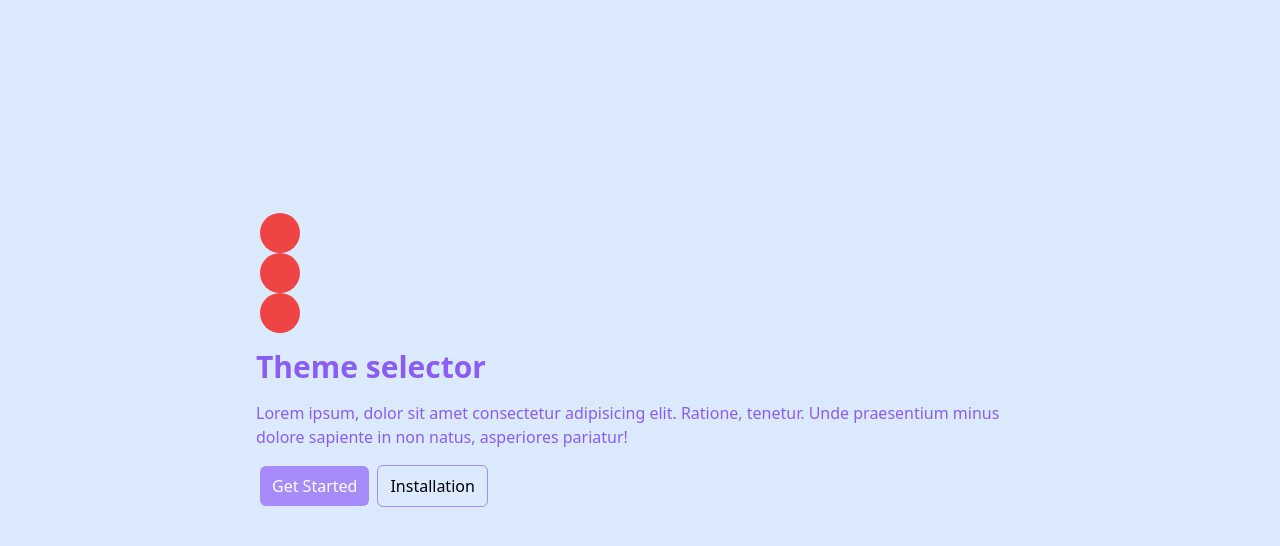
Repository: prince-bansal/tailwind-theme-switcher
Page: /
These files come from the project's save history. The page is drawn as it stood at one moment and after a run of saves; the edit follows.
The browser window is 1280 px wide. The pictures show the whole page.
The project was rebuilt for these pictures with package versions that can differ from the ones it lists, and the page was loaded fresh each time. Also part of the build but not shown: vite.config.ts, src/index.css.

Above is the page before, as saved 2024-03-17 19:33:53.

### src/App.tsx
import './App.css'

function App() {

  return (
    <div className=" bg-fill min-h-screen flex items-center justify-center">
      <div className="w-[60%] m-auto">
     <div>
     {["bg-red-500", "bg-blue-500", "bg-green-500"].map((color) => (
        <div className={`h-10 rounded-full w-10 bg-red-500 ${color} mx-1`}></div>
      ))}
     </div>
        <h1 className="text-3xl text-heading my-4 font-bold">Theme selector</h1>
        <p className="text-heading">
          Lorem ipsum, dolor sit amet consectetur adipisicing elit. Ratione,
          tenetur. Unde praesentium minus dolore sapiente in non natus,
          asperiores pariatur!
        </p>
        <button className="mt-4 bg-primary text-white p-2 px-3 mx-1 rounded-md">
          Get Started
        </button>
        <button className="mt-4 border-primary border p-2 px-3 mx-1 rounded-md">
          Installation
        </button>
      </div>{" "}
    </div>
  );
}

export default App

### src/App.css
@tailwind base;
@tailwind components;
@tailwind utilities;

@layer base{
    :root {
        --heading-color: rgb(139 92 246);
        --bg-fill: rgb(219 234 254);
        --bg-button-accent: rgb(167 139 250);
        --border-color:rgb(167 139 250);;
    }
    .theme-blue{
        --heading-color: rgb(30 58 138);
        --bg-fill: rgb(219 234 254);
        --bg-button-accent: rgb(167 139 250);
        --border-color: rgb(147 197 253);
    }

    .theme-red{
        --heading-color: rgb(220 38 38);
        --bg-fill: rgb(254 226 226);
        --bg-button-accent: rgb(252 165 165);
        --border-color: rgb(252 165 165);
    }

    .theme-green{
        --heading-color: rgb(21 128 61);
        --bg-fill: rgb(220 252 231);
        --bg-button-accent: rgb(134 239 172);
        --border-color: rgb(134 239 172);
    }


}

### tailwind.config.js
/** @type {import('tailwindcss').Config} */
export default {
  content: ["./index.html", "./src/**/*.{js,ts,jsx,tsx}"],
  theme: {
    extend: {
      colors: {
        heading: "var(--heading-color)",
      },
      backgroundColor: {
        "btn-accent": "var(--bg-button-accent)",
        fill: "var(--bg-fill)",
        primary: "var(--border-color)",
      },
      borderColor: {
        primary: "var(--border-color)",
      },
    },
  },
  plugins: [],
};

Loaded but not shown: index.html (common file); src/main.tsx (common file)

After the next 2 saves:
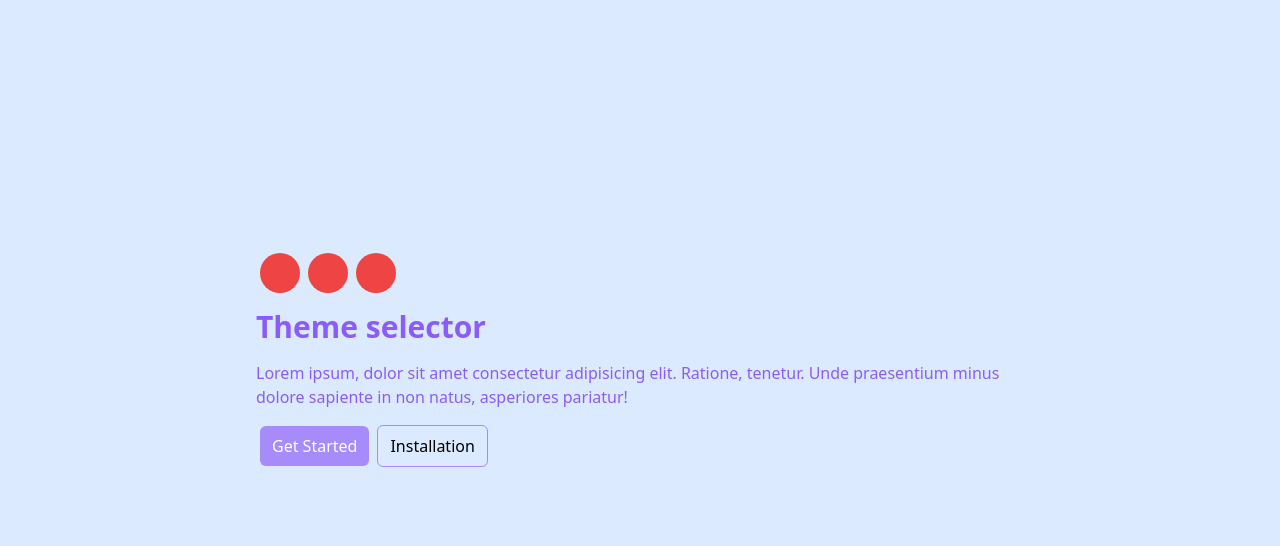
The 2 saves are shown as one change because they came seconds apart.
The last was saved 5 s later.
--- a/src/App.tsx
+++ b/src/App.tsx
@@ -5,11 +5,13 @@ function App() {
   return (
     <div className=" bg-fill min-h-screen flex items-center justify-center">
       <div className="w-[60%] m-auto">
-     <div>
-     {["bg-red-500", "bg-blue-500", "bg-green-500"].map((color) => (
-        <div className={`h-10 rounded-full w-10 bg-red-500 ${color} mx-1`}></div>
-      ))}
-     </div>
+        <div className="flex">
+          {["bg-red-500", "bg-blue-500", "bg-green-500"].map((color) => (
+            <div
+              className={`h-10 rounded-full w-10 bg-red-500 ${color} mx-1`}
+            ></div>
+          ))}
+        </div>
         <h1 className="text-3xl text-heading my-4 font-bold">Theme selector</h1>
         <p className="text-heading">
           Lorem ipsum, dolor sit amet consectetur adipisicing elit. Ratione,
